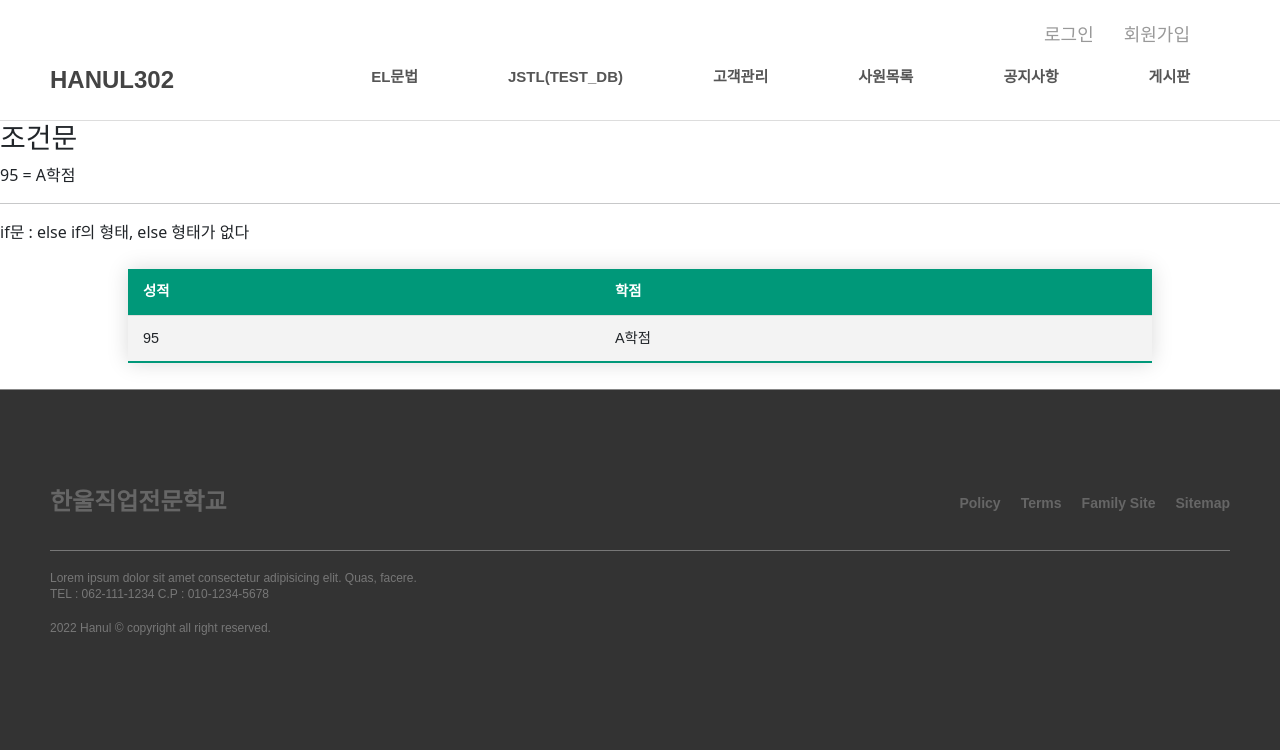
Repository: Xeyeong/servlet
Page: http://localhost/05.MiniProject/el/control.jsp
These files come from the project's save history. The page is drawn as it stood at one moment and after the next save; the edit follows.
The browser window is 1280 px wide. The pictures show the whole page.
Some web libraries are served in a nearby version. The page is served by Tomcat 9.

Above is the page before, as saved 2022-09-22 01:12:29.

After the next save:
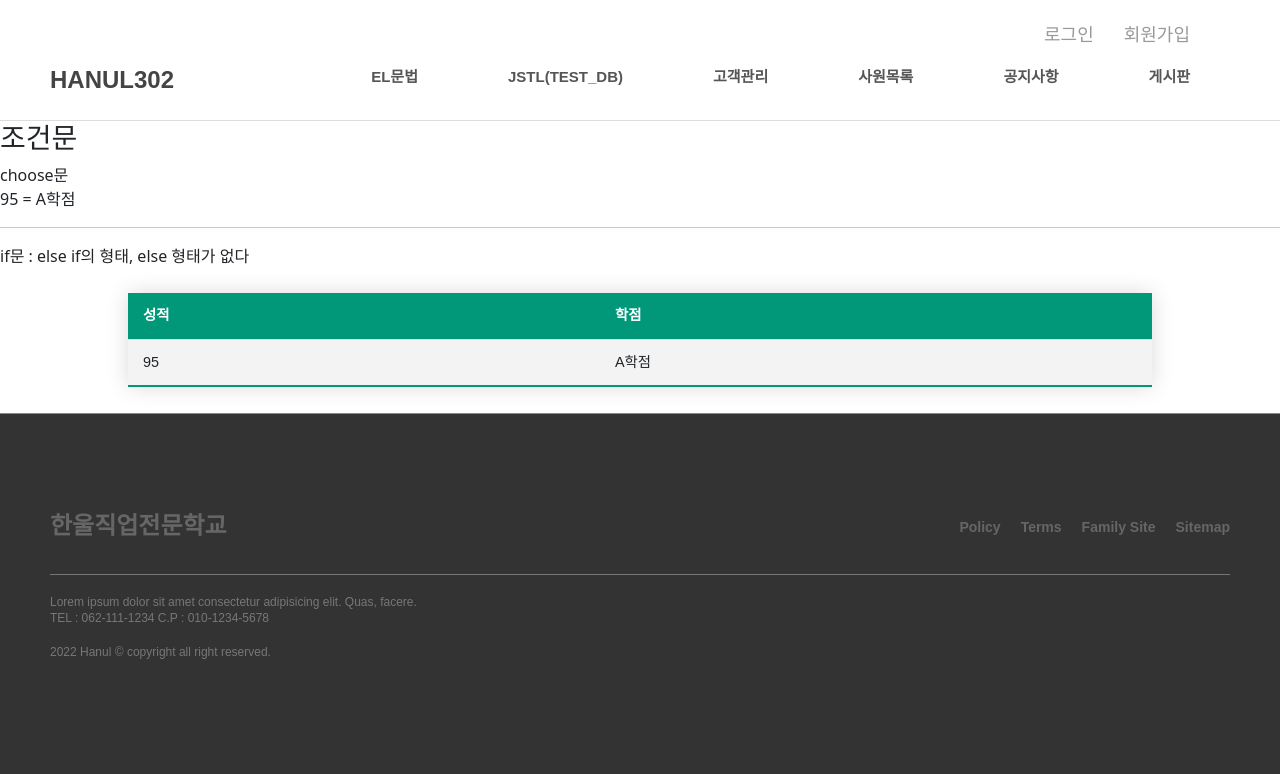
Saved 9 min 53 s later.
--- a/05.MiniProject/src/main/webapp/el/control.jsp
+++ b/05.MiniProject/src/main/webapp/el/control.jsp
@@ -11,7 +11,7 @@
 	<jsp:include page="/include/header.jsp" />
 
 	<h3>조건문</h3>
-	<div></div>
+	<div>choose문</div>
 	<%
 	int score = 95;
 	String grade = "";
